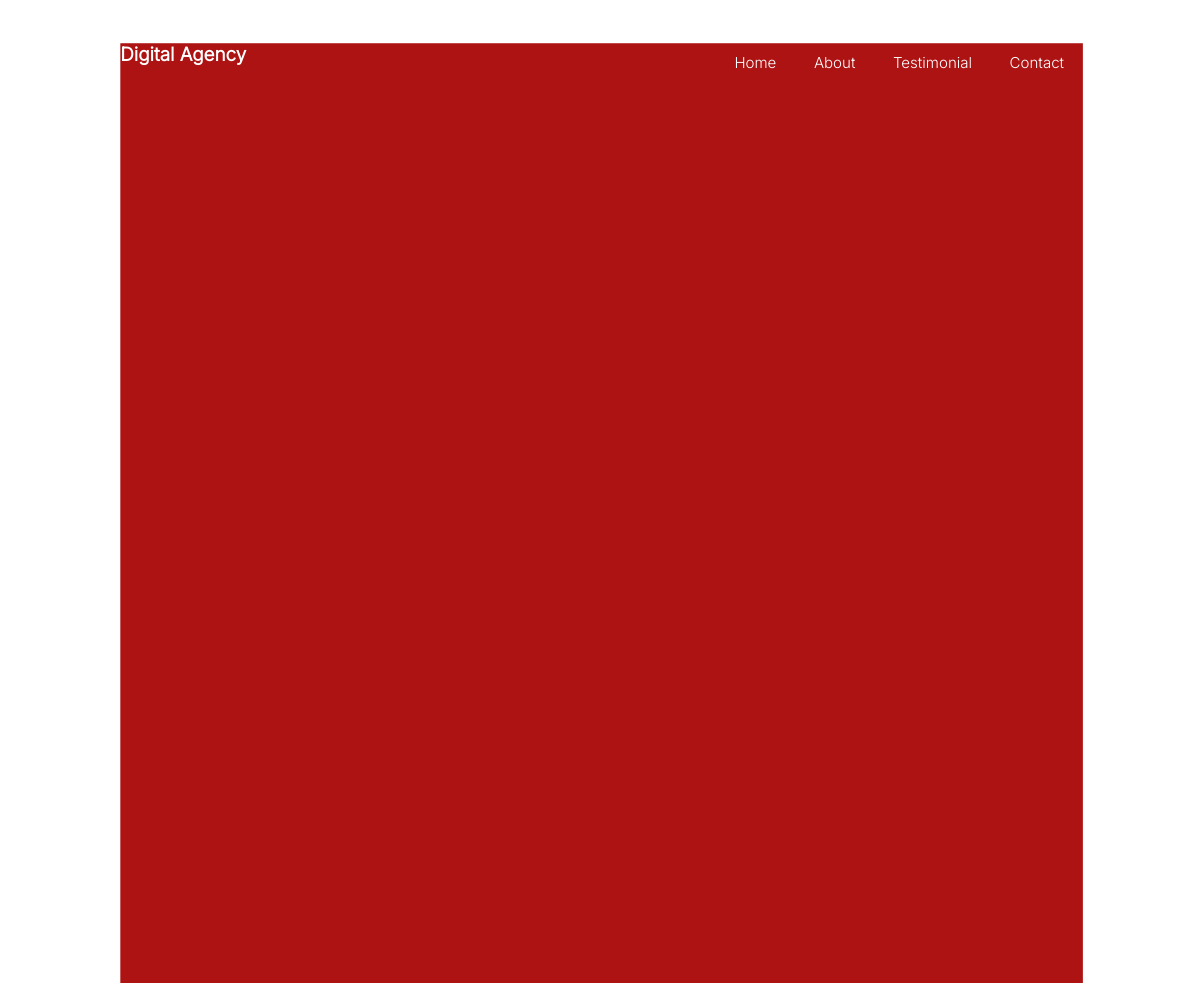
Repository: ThuatDev/fullstack_devc
Page: index.html
An editor plug-in stored every save of this project. The page is shown before and after the next save, followed by the edit.
The browser window is 1280 px wide. The pictures show the whole page, at 94% of full size.
Some web fonts or font styles are not loaded; a fallback is used.

Above is the page before, as saved 2022-11-09 15:59:13.

### index.html
<!DOCTYPE html>
<html lang="en">
  <head>
    <meta charset="UTF-8" />
    <meta http-equiv="X-UA-Compatible" content="IE=edge" />
    <meta name="viewport" content="width=device-width, initial-scale=1.0" />
    <link rel="stylesheet" href="./index.css" />
    <title>Digital Agency</title>
  </head>
  <body>
    <div class="container">
      <div class="navbar">
        <div class="navbar__left">
          <p class="navbar__left-logo">Digital Agency</p>
        </div>
        <div class="navbar__right">
          <ul class="navbar__right-list">
            <li><a href="#">Home</a></li>
            <li><a href="#">About</a></li>
            <li><a href="#">Testimonial</a></li>
            <li><a href="#">Contact</a></li>
          </ul>
        </div>
      </div>
    </div>
  </body>
</html>

### index.css
@import url("https://fonts.googleapis.com/css2?family=Edu+VIC+WA+NT+Beginner:wght@500&family=Inter:wght@200;300&family=Oswald:wght@500&family=Poppins:wght@300;400;600;700&display=swap");
* {
  padding: 0;
  margin: 0;
  box-sizing: border-box;
  font-family: "Inter", sans-serif;
}
.container {
  width: 80%;
  height: 1000px;
  background-color: #ad1313;
  margin: 0 auto;
}

/* nav bar*/
.navbar {
  display: flex;
  justify-content: space-between;
  margin-top: 46px;
}
.navbar .navbar__left .navbar__left-logo {
  font-size: 20px;
  font-weight: 700;
  color: #fff;
  line-height: 24px;
}
.navbar > .navbar__right > .navbar__right-list {
  display: flex;
}
.navbar > .navbar__right > .navbar__right-list li {
  list-style: none;
}
.navbar > .navbar__right > .navbar__right-list li a {
  text-decoration: none;
  color: #fff;
  padding: 10px 20px;
  display: block;
}

After the next save:
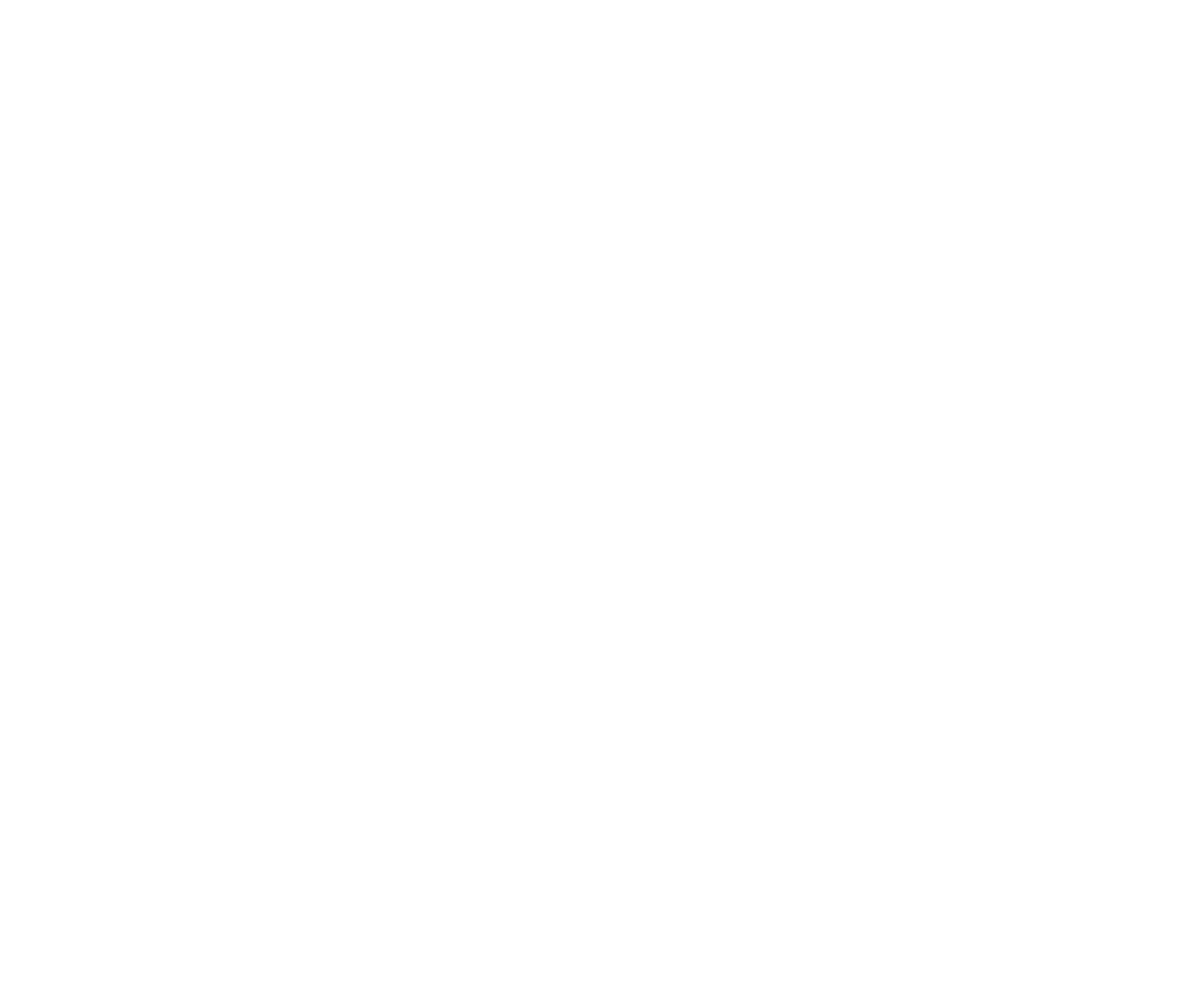
Saved 10 s later.
--- a/index.css
+++ b/index.css
@@ -8,7 +8,7 @@
 .container {
   width: 80%;
   height: 1000px;
-  background-color: #ad1313;
+  /* background-color: #ad1313; */
   margin: 0 auto;
 }
 

After the save that followed:
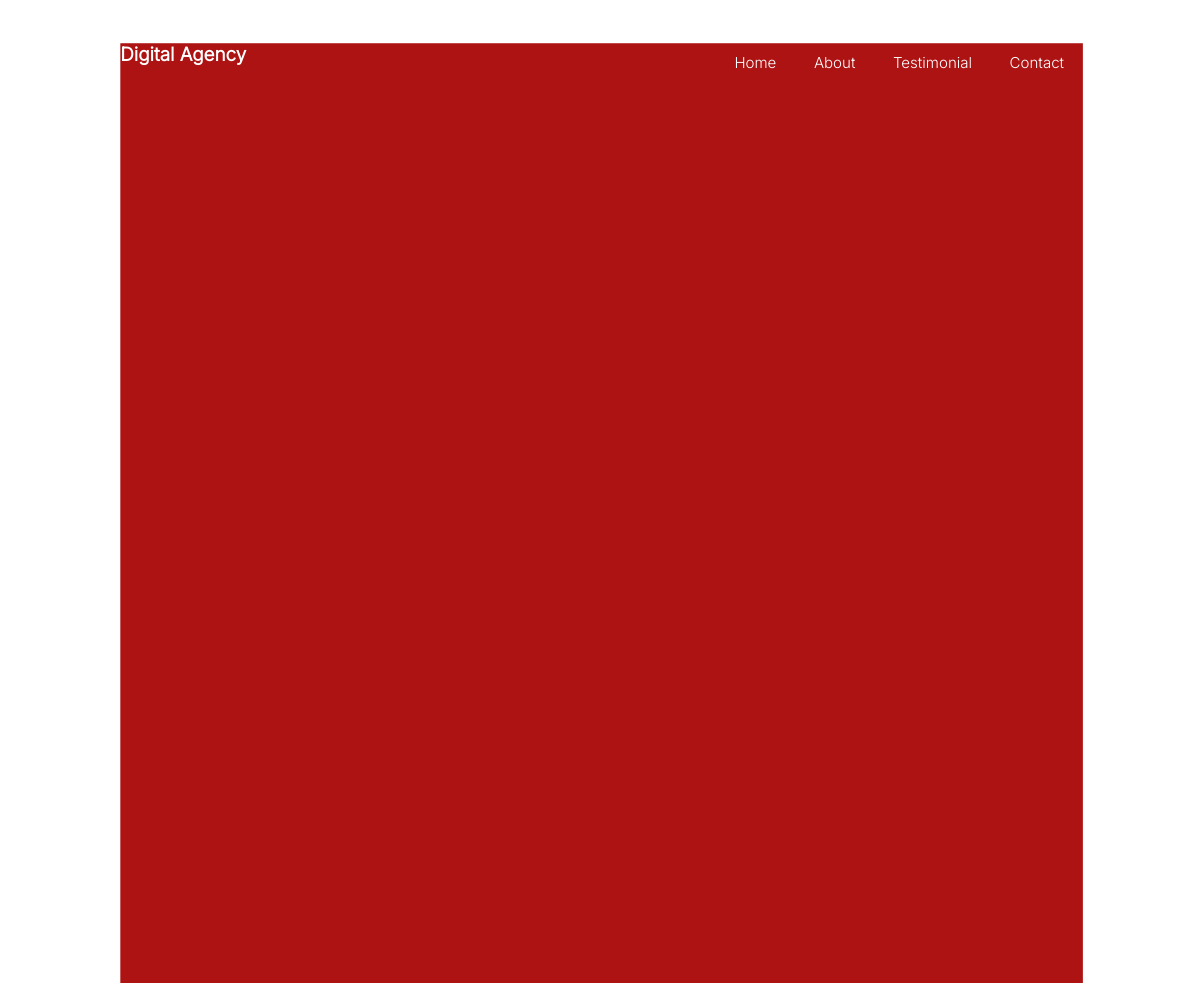
Saved 10 s later.
--- a/index.css
+++ b/index.css
@@ -8,7 +8,7 @@
 .container {
   width: 80%;
   height: 1000px;
-  /* background-color: #ad1313; */
+  background-color: #ad1313;
   margin: 0 auto;
 }
 
